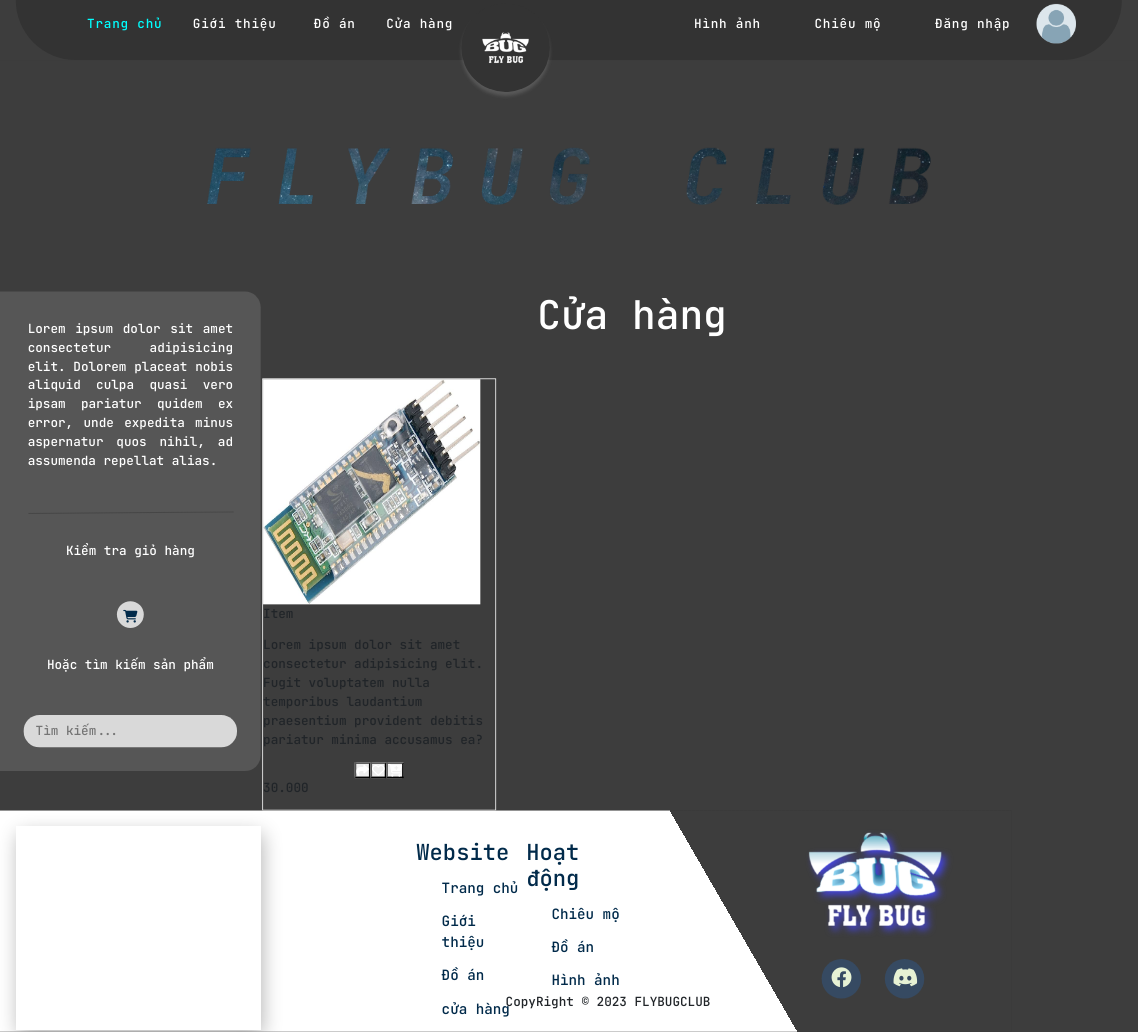
Repository: NQD2308/FlyBugClub_WebApp
Page: PROJECT FLYNUG/html/store.html
The author's editor kept a copy of each file at every save. The page is drawn from the files as they stood at one save, then again after the next save.
The browser window is 1280 px wide. The page is 1440 px wide, so the pictures cover 1440 px, including what lies to the right of the window. The pictures show the whole page, at 79% of full size.
Pictures or frames that could not be fetched are drawn as grey boxes.

Above is the page before, as saved 2023-09-18 10:51:23.

### PROJECT FLYNUG/html/store.html
<html lang="en">

<head>
    <meta charset="UTF-8">
    <meta name="viewport" content="width=device-width, initial-scale=1.0">
    <title>Document</title>

    <!-- Bootrap 5 -->
    <link href="https://cdn.jsdelivr.net/npm/bootstrap@5.0.2/dist/css/bootstrap.min.css" rel="stylesheet" integrity="sha384-EVSTQN3/azprG1Anm3QDgpJLIm9Nao0Yz1ztcQTwFspd3yD65VohhpuuCOmLASjC" crossorigin="anonymous">

    <!-- Font awesome -->
    <link rel="stylesheet" href="https://cdnjs.cloudflare.com/ajax/libs/font-awesome/6.4.2/css/all.min.css" integrity="sha512-z3gLpd7yknf1YoNbCzqRKc4qyor8gaKU1qmn+CShxbuBusANI9QpRohGBreCFkKxLhei6S9CQXFEbbKuqLg0DA==" crossorigin="anonymous" referrerpolicy="no-referrer" />

    <!-- CSS -->
    <link rel="stylesheet" href="../css/style.css">
    <!-- Reset -->
    <link rel="stylesheet" href="../css/default_setting.css">

    <!-- JetBrains Mono font -->
    <link rel="preconnect" href="https://fonts.googleapis.com">
    <link rel="preconnect" href="https://fonts.gstatic.com" crossorigin>
    <link
        href="https://fonts.googleapis.com/css2?family=JetBrains+Mono:ital,wght@0,300;0,500;0,600;0,700;0,800;1,400&display=swap"
        rel="stylesheet">
</head>

<body>
    <!-- ========================
                #HEADER
        ========================-->
    <header>
        <div class="nav">
            <div class="nav__links">
                <ul class="nav__links-left">
                    <li><a class="active" href="#">Trang chủ</a></li>
                    <li><a href="#">Giới thiệu</li>
                    <li><a href="#">Đồ án</a></li>
                    <li><a href="#">Cửa hàng</a></li>
                </ul>
            </div>
            <div class="logo">
                <img src="../img/logo.png" alt="FlyBug logo">
            </div>
            <div class="nav__links">
                <ul class="nav__links-right">
                    <li><a href="#">Hình ảnh</a></li>
                    <li><a href="#">Chiêu mộ</a></li>
                    <li class="login"><a href="#">Đăng nhập</a></li>
                    <li class="login-Img">
                        <a href="#"><img src="../img/user.png" alt=""></a>
                    </li>
                </ul>
            </div>
        </div>
        <div class="text-logo">
            <img  src="../img/FLYBUG CLUB.png" alt="Photo logo">
        </div>
    </header>

    <section class="body">
        <div class="container">
            <div class="row">
                <div class="col col-md-3 left">
                    <div class="search">
                        <div class="store-note">
                            <p>Lorem ipsum dolor sit amet consectetur adipisicing elit. Dolorem placeat nobis aliquid culpa quasi vero ipsam pariatur quidem ex error, unde expedita minus aspernatur quos nihil, ad assumenda repellat alias.</p>
                        </div>
                        <div class="center">
                            <svg xmlns="http://www.w3.org/2000/svg" width="261" height="4" viewBox="0 0 261 4" fill="none">
                                <path d="M1 2.96216L260.993 0.99995" stroke="#3D3D3D" stroke-opacity="0.8"/>
                            </svg>
                        </div>
                        <div class="shopping-function">
                            <p>Kiểm tra giỏ hàng</p>
                            <div class="center ">
                                <button class="icon-shopping">
                                    <a href="#">
                                        <i class="fa-solid fa-cart-shopping"></i>
                                    </a>
                                </button>
                            </div>
                            <p>Hoặc tìm kiếm sản phẩm</p>
                            <div class="center">
                                <input type="text" placeholder="Tìm kiếm...">
                            </div>
                        </div>
                    </div>
                </div>
                <div class="col col-md-9 right">
                    <div class="store">
                        <h1>Cửa hàng</h1>
                        <div class="item-store">
                            <div class="row">
                                <div class="col col-md-4">
                                    <div class="item-card">
                                        <img src="../img/bluth.jpg" alt="Photo item store">
                                        <p>Item</p>
                                        <p>Lorem ipsum dolor sit amet consectetur adipisicing elit. Fugit voluptatem nulla temporibus laudantium praesentium provident debitis pariatur minima accusamus ea?</p>
                                        <div class="center">
                                            <button class="icon-share">
                                                <a href="#">
                                                    <i class="fa-solid fa-share"></i>
                                                </a>
                                            </button>
                                            <button class="icon-love">
                                                <a href="#">
                                                    <i class="fa-regular fa-heart"></i>
                                                </a>
                                            </button>
                                            <button class="icon-share">
                                                <a href="#">
                                                    <i class="fa-solid fa-cart-plus"></i>
                                                </a>
                                            </button>
                                        </div>
                                        <div class="item-price">
                                            <p>30.000</p>
                                        </div>
                                    </div>
                                </div>
                            </div>
                        </div>
                    </div>
                </div>
            </div>
        </div>
    </section>

 <!-- ========================
                #FOOTER
        ========================-->
    <footer class="footer">
        <div class="footer-left">
            <iframe class="ggmap" src="https://www.google.com/maps/embed?pb=!1m18!1m12!1m3!1d15678.190787267133!2d106.64595238715819!3d10.769299600000005!2m3!1f0!2f0!3f0!3m2!1i1024!2i768!4f13.1!3m3!1m2!1s0x31752f7c8bf050ff%3A0x4fa87595d124cc0c!2zVHLGsOG7nW5nIMSQ4bqhaSBo4buNYyBIb2EgU2VuIC0gQ8ahIHPhu58gVGjDoG5oIFRow6Fp!5e0!3m2!1svi!2s!4v1691345035899!5m2!1svi!2s" width="500" height="250" style="border:1;" allowfullscreen="" loading="lazy" referrerpolicy="no-referrer-when-downgrade"></iframe>
        </div>
        <ul class="footer-center">
            <li>
                <h3>Website</h3>

                <ul class="box">
                    <li><a href="#">Trang chủ</a></li>
                    <li><a href="#">Giới thiệu</a></li>
                    <li><a href="#">Đồ án</a></li>
                    <li><a href="#">cửa hàng</a></li>
                </ul>
            </li>
            <li>
                <h3>Hoạt động</h3>

                <ul class="box">
                    <li><a href="#">Chiêu mộ</a></li>
                    <li><a href="#">Đồ án</a></li>
                    <li><a href="#">Hình ảnh</a></li>
                </ul>
            </li>
        </ul>
        <div class="footer-right">
            <div class="img-logo">
                <img src="../img/flybug.png" alt="">
            </div>
            <div class="socials">
                <a href="#"><i class="fa-brands fa-facebook"></i></a>
                <a href="#"><i class="fa-brands fa-discord"></i></a>
            </div>
        </div>

        <div class="footer-bottom">
            <p>CopyRight &copy; 2023 FLYBUGCLUB</p>
        </div>
    </footer>

</body>

</html>

### PROJECT FLYNUG/css/style.css
li,
a,
button {
    list-style: none;
    font-family: 'JetBrains Mono', monospace;
    font-size: 16px;
    text-decoration: none;
    color: #fff;
    cursor: url(../img/bug-icon.png) 5 5, auto !important;
}
body {
    cursor: url(../img/bug-icon.png) 5 5, auto !important;
}
a {
    cursor: url(../img/bug-icon.png) 5 5, auto;
}
body {
    background-color: #3d3d3d;
}

/* =========================
        #HEADER
    =========================*/
header {
    /* position: fixed; */
    width: 1440px;
    /* height: 80px; */
    /* border-bottom: 1px solid #00000026; */




    /* backdrop-filter: blur(20px); */
}

header .nav {
    width: 1400px;
    margin: 0 auto;
    max-width: 100%;
    background: #333;
    border-radius: 0px 0px 80px 80px;
    display: flex;
    justify-content: space-between;
    align-items: center;
    padding: 0 3%;
    top: 0%;
    z-index: 10;
    box-shadow: rgba(0, 0, 0, 0.3) 2.72076px ;
    /* border: 1px solid red; */
}

header .nav ul {
    display: flex;
    align-items: center;
}

header .nav ul li {
    margin: 5px 15px;
    letter-spacing: 1px;
}

header .nav .logo {
    /* border: 1px solid red; */
    width: 7rem;
    height: 7rem;
    position: absolute;
    left: 50%;
    transform: translate(-50%, 20%);
    background-color: #333;
    overflow: hidden;
    border-radius: 100%;
    box-shadow: 0 5px 5px rgba(204, 204, 204, .2);
}

header .logo img {
    width: 100%;
    height: 100%;
    object-fit: cover;
}

header .nav__links {
    width: 40%;
    height: 100%;
}
header .nav__links ul li a{
    transition: .3s ease;
}
header .nav__links ul > li:hover a{
    color: aqua;
}
header .nav__links-left,
header .nav__links-right {
    justify-content: space-between;
}

.active {
    color: aqua;
}

.nav__links-right li:last-child {
    width: 50px;
    height: 50px;
}

header .nav__links-right {
    margin-left: -20px;
}

header .nav__links-right .login-img {
    margin-left: -20px;
}

header .text-logo{
    display: flex;
    justify-content: center;
    width: 1440px;
    background-color: #3d3d3d;
    /* border: 1px solid white; */
    padding: 110px 0;
}

/* ================================ */
/* ============= BODY ============= */
/* ================================ */

/*  @############ LEFT ############@ */

section.body .container{
    max-width: 1440px;
}
section.body .left{
    padding-left: 0;
}

section.body .search{
    width: 330px;
    background-color: #565656;
    border-radius: 0 20px 20px 0;
    position: relative;
    left: 0;
}

.body .search store-note{
    display: flex;
    justify-content: center;
}

.body .search p{
    color: #FFF;
    text-align: justify;
    padding: 35px;
}

.body .search .shopping-function p{
    text-align: center;
}

.body .search .shopping-function button.icon-shopping{
    width: 34px;
    height: 34px;
    border-radius: 50%;
    background-color: #D9D9D9;
    border: none;
}

.body .search .shopping-function .icon-shopping i{
    display: flex;
    justify-content: center;
    width: 24px;
    color: #012A4A;
    transition: all .25s ease-in;
    /* border: 1px solid orange; */
    border-radius: 50%;
    padding: 10px 16px 6px 17px;
}

.body .search .shopping-function button.icon-shopping:hover i{
    color: orange;
    transition: all .25s ease-in;
}

.body .search .shopping-function input{
    width: 270px;
    padding: 10px 15px;
    border-radius: 20px;
    border: none;
    background-color: #D9D9D9;
    margin-bottom: 30px;
}

/*  @############ RIGHT ############@ */

.body .right .store h1{
    color: white;
    text-align: center;
    font-size: 50px;
    margin-bottom: 50px;
}

.body .right .store .item-card{
    /* width: 275px; */
    border: white 1px solid;
}

.body .right .store img {
    width: 275px;
    height: 285px;
}


/* =========================
        #FOOTER
         background-image: linear-gradient(60deg, white 70%, #3d3d3d 25%);
    =========================*/
footer {
    /* width: 100%; */
    position: relative;
    height: 280px;
    background-color: #333;
    background-image: linear-gradient(60deg, white 70%, #3d3d3d 25%);

    display: flex;
    flex-flow: row wrap;
    justify-content: space-between;
    padding: 20px;
    overflow: hidden;
}

.footer>* {
    width: calc(100% / 4);
}

.footer ul li,
.footer ul li a {
    color: #012A4A;
    font-size: 18px;
}

.footer-left {
    margin-right: 1.25em;
    margin-bottom: 2em;
    box-shadow: rgba(0, 0, 0, 0.3) 2.72076px 8px 24px;
}

.footer-left iframe {
    border-radius: 5px;
}

.footer-center {
    display: flex;
    flex-flow: row wrap;
    justify-content: space-between;
}

.footer-center>* {
    width: calc(100% / 2);
}

.footer-center li {
    margin: 15px 0;
}

.footer-center .box li a {
    transition: .3s ease;
}

.footer-center .box>li:hover a {
    margin-left: 10px;
    color: #4444dd;
    font-weight: bold;
}

.footer-right {
    height: 100%;
    margin: -10px 0;
    display: flex;
    align-items: center;
    flex-flow: row wrap;
    justify-content: center;
}

.footer-right .img-logo {
    width: 100%;
    display: flex;
    justify-content: center;
}

.footer-right img {
    width: 60%;
    filter: drop-shadow(5px 5px 5px #4444dd);
}

.socials a {
    background: #364a62;
    width: 50px;
    height: 50px;
    display: inline-block;
    text-align: center;
    margin: 0 10px;
    border-radius: 100%;
    transition: 0.4s ease;
}

.socials a i {
    color: #e7f2d4;
    padding: 10px;
    font-size: 26px;
}

.socials>a:first-child:hover {
    background-color: #4267B2;
    transform: rotate(1turn);
}

.socials>a:last-child:hover {
    background-color: #7289da;
    transform: rotate(1turn);
}

.footer-bottom {
    position: absolute;
    bottom: 10;
    left: 50%;
}


.main  {
    height: 100vh;
}

### PROJECT FLYNUG/css/default_setting.css
html {
  max-width: 1440px;
  margin: auto;
	line-height: 1.5;
	box-sizing: border-box;
	scroll-behavior: smooth;
  }
  * {
	margin: 0;
	padding: 0;
  font-family: 'JetBrains Mono', monospace;
  }
  *,
  *:before,
  *:after {
	box-sizing: border-box;
  }
  input,
  textarea,
  select,
  button {
	outline: none;
	font: inherit;
  }
  input {
	line-height: normal;
  }
  label,
  button {
	cursor: pointer;
	user-select: none !important;
  }
  ul {
	list-style: none;
  }
  a {
	text-decoration: none;
  }
  img,
  picture,
  video,
  canvas,
  svg {
	display: block;
	max-width: 100%;
	user-select: none !important;
  }

  p,
  h1,
  h2,
  h3,
  h4,
  h5,
  h6 {
	overflow-wrap: break-word;
  }

  /* Mobie: width < 740px */
  @media only screen and (max-width: 46.1875em) {
    input[type="color"],
    input[type="date"],
    input[type="datetime"],
    input[type="datetime-local"],
    input[type="email"],
    input[type="month"],
    input[type="number"],
    input[type="password"],
    input[type="search"],
    input[type="tel"],
    input[type="text"],
    input[type="time"],
    input[type="url"],
    input[type="week"],
    select:focus,
    textarea {
      font-size: 16px;
    }
  }

  .center{
    display: flex;
    justify-content: center;
  }

After the next save:
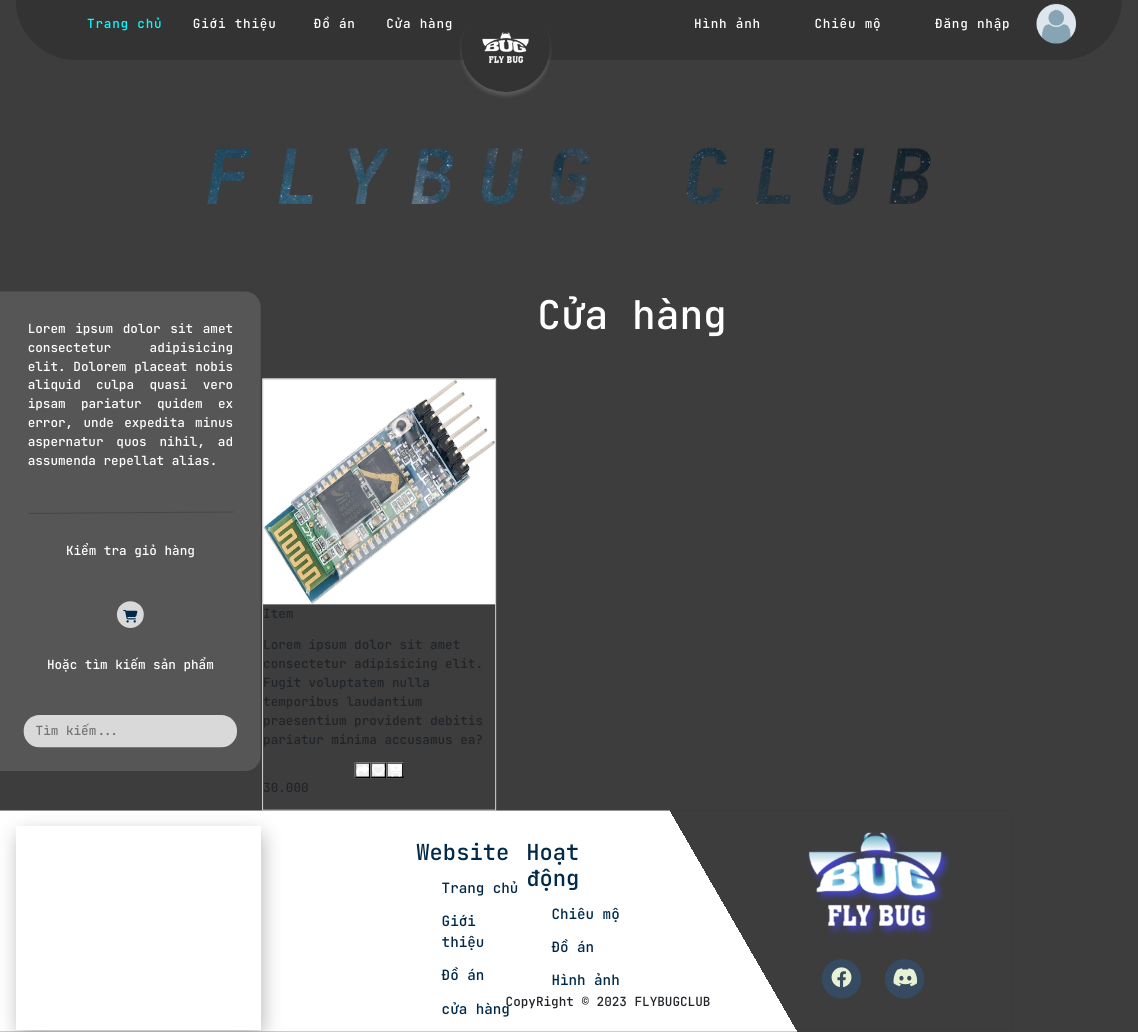
Saved 19 s later.
--- a/PROJECT FLYNUG/css/style.css
+++ b/PROJECT FLYNUG/css/style.css
@@ -203,7 +203,7 @@
 }
 
 .body .right .store img {
-    width: 275px;
+    width: fit-content;
     height: 285px;
 }
 
